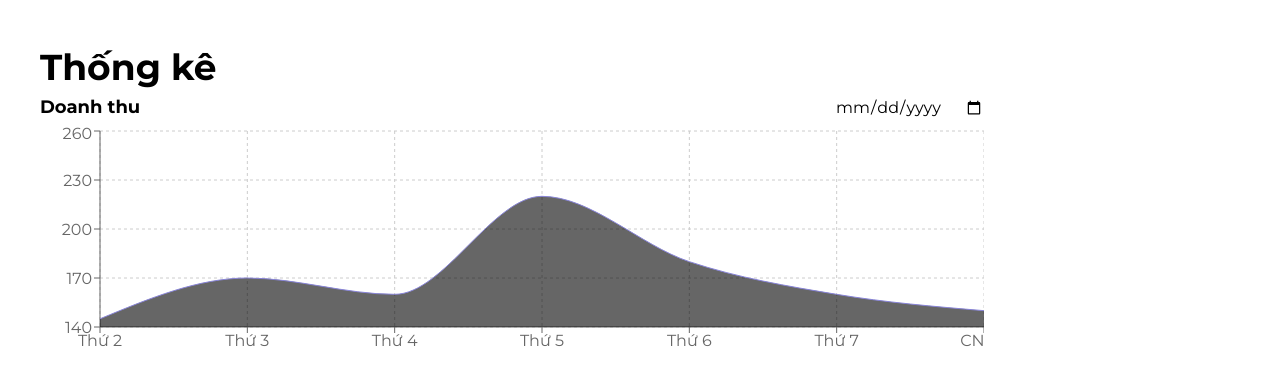
Repository: iphoneboy46/AltaMediaCMS
Page: /
These files come from the project's save history. The page is drawn as it stood at one moment and after the next save; the edit follows.
The browser window is 1280 px wide. The pictures show the whole page.
Some web libraries are served in a nearby version. The project was rebuilt for these pictures with package versions that can differ from the ones it lists, and the page was loaded fresh each time.

Above is the page before, as saved 2023-03-26 22:26:28.

### public/index.html
<!DOCTYPE html>
<html lang="en">
  <head>
    <meta charset="utf-8" />
    <link rel="icon" href="%PUBLIC_URL%/favicon.ico" />
    <meta name="viewport" content="width=device-width, initial-scale=1" />
    <meta name="theme-color" content="#000000" />
    <meta
      name="description"
      content="Web site created using create-react-app"
    />
    <link rel="apple-touch-icon" href="%PUBLIC_URL%/logo192.png" />
    <!--
      manifest.json provides metadata used when your web app is installed on a
      user's mobile device or desktop. See https://developers.google.com/web/fundamentals/web-app-manifest/
    -->
    <link rel="manifest" href="%PUBLIC_URL%/manifest.json" />
    <!--
      Notice the use of %PUBLIC_URL% in the tags above.
      It will be replaced with the URL of the `public` folder during the build.
      Only files inside the `public` folder can be referenced from the HTML.

      Unlike "/favicon.ico" or "favicon.ico", "%PUBLIC_URL%/favicon.ico" will
      work correctly both with client-side routing and a non-root public URL.
      Learn how to configure a non-root public URL by running `npm run build`.
    -->
    <link rel="stylesheet" href="https://cdnjs.cloudflare.com/ajax/libs/font-awesome/6.3.0/css/all.min.css" integrity="sha512-SzlrxWUlpfuzQ+pcUCosxcglQRNAq/DZjVsC0lE40xsADsfeQoEypE+enwcOiGjk/bSuGGKHEyjSoQ1zVisanQ==" crossorigin="anonymous" referrerpolicy="no-referrer" />
    <title>React App</title>
  </head>
  <body>
    <noscript>You need to enable JavaScript to run this app.</noscript>
    <div id="root"></div>
    <!--
      This HTML file is a template.
      If you open it directly in the browser, you will see an empty page.

      You can add webfonts, meta tags, or analytics to this file.
      The build step will place the bundled scripts into the <body> tag.

      To begin the development, run `npm start` or `yarn start`.
      To create a production bundle, use `npm run build` or `yarn build`.
    -->
  </body>
</html>

### src/App.tsx

import './App.css';
import Home from './components/Home/Home';
import MenuBar from './components/Menu/MenuBar';

function App() {
  return (
    <div className="App">
      {/* <MenuBar /> */}
      <Home />
    </div>
  );
}

export default App;

### src/App.css
@import url('https://fonts.googleapis.com/css2?family=Montserrat:wght@300;400;500;700&display=swap');

*{
  margin: 0;
  padding: 0;
  box-sizing: border-box;
  font-family: 'Montserrat', sans-serif;
}

### src/components/Home/Home.tsx
import React from 'react'
import Charts from '../Charts/Charts'

function Home() {
  return (
    <div className="w-[80%] bg-[white] p-10">
        <div className="">
            <h1 className="text-[black] text-[36px] font-[700]">Thống kê</h1>
        </div>
        <div className="flex items-center justify-between">
           <div> <h2 className="text-[black] text-[18px] font-[600]">Doanh thu</h2></div>
           <div>
             <input className="" type="date" value="" />
           </div>
        </div>
        <Charts />
    </div>
  )
}

export default Home

### src/components/Charts/Charts.tsx
import React from "react";
import {
  AreaChart,
  Area,
  XAxis,
  YAxis,
  CartesianGrid,
  Tooltip,
  ResponsiveContainer,
} from "recharts";
function Charts() {
  const data = [
    {

      name: "Thứ 2",

      uv: 145,

    },
    {
      name: "Thứ 3",
      uv: 170,

    },
    {
      name: "Thứ 4",
      uv: 160,

    },
    {
      name: "Thứ 5",
      uv: 220,

    },
    {
      name: "Thứ 6",
      uv: 180,

    },
    {
      name: "Thứ 7",
      uv: 160,

    },
    {
      name: "CN",
      uv: 150,

    },
  ];

  return (
    <div className="w-[100%] h-[100%] ">
      <ResponsiveContainer width="100%" aspect={4}>
        <AreaChart
          width={500}
          height={400}
          data={data}
          margin={{
            top: 10,
            right: 0,
            left: 0,
            bottom: 0,
          }}
        >
          <CartesianGrid strokeDasharray="3 3" />
          <XAxis   dataKey="name" />
          <YAxis dataKey="label" type="number" domain={[140,260]}  allowDataOverflow={true} />
          <Tooltip />
          <Area
            type="monotone"
            dataKey="uv"
            stackId="1"
            stroke="#8884d8"
            fill="#000"
          />
        </AreaChart>
      </ResponsiveContainer>
    </div>
  );
}

export default Charts;

### tailwind.config.js

module.exports = {
  content: [
    "./src/**/*.{js,jsx,ts,tsx}",
    ],
  theme: {
    extend: {},
    colors:{
        'yellowMain':"#FFB800",
         'background' :"#E5E5E5"

    }
  },
  plugins: [],
}

Loaded but not shown: src/index.tsx (common file); src/index.css (common file); src/reportWebVitals.ts (common file)

After the next save:
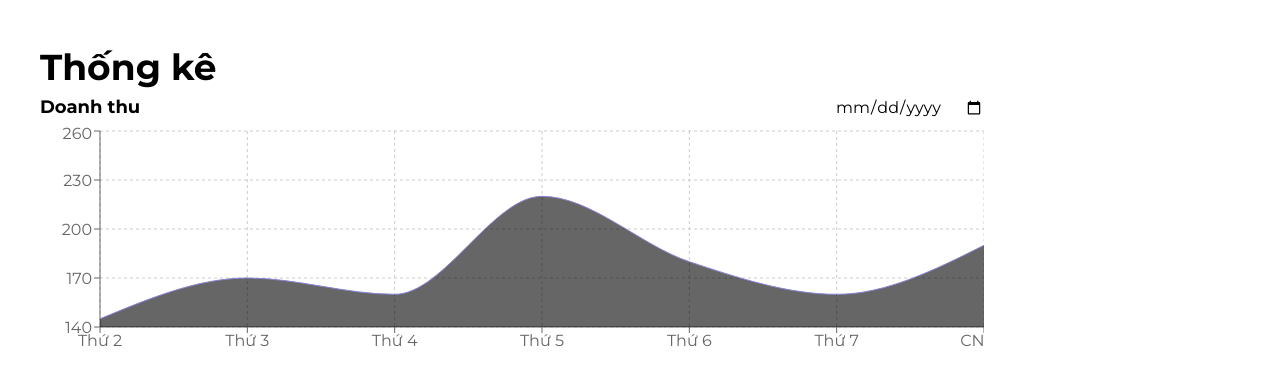
Saved 20 s later.
--- a/src/components/Charts/Charts.tsx
+++ b/src/components/Charts/Charts.tsx
@@ -44,7 +44,7 @@ function Charts() {
     },
     {
       name: "CN",
-      uv: 150,
+      uv: 190,
 
     },
   ];
